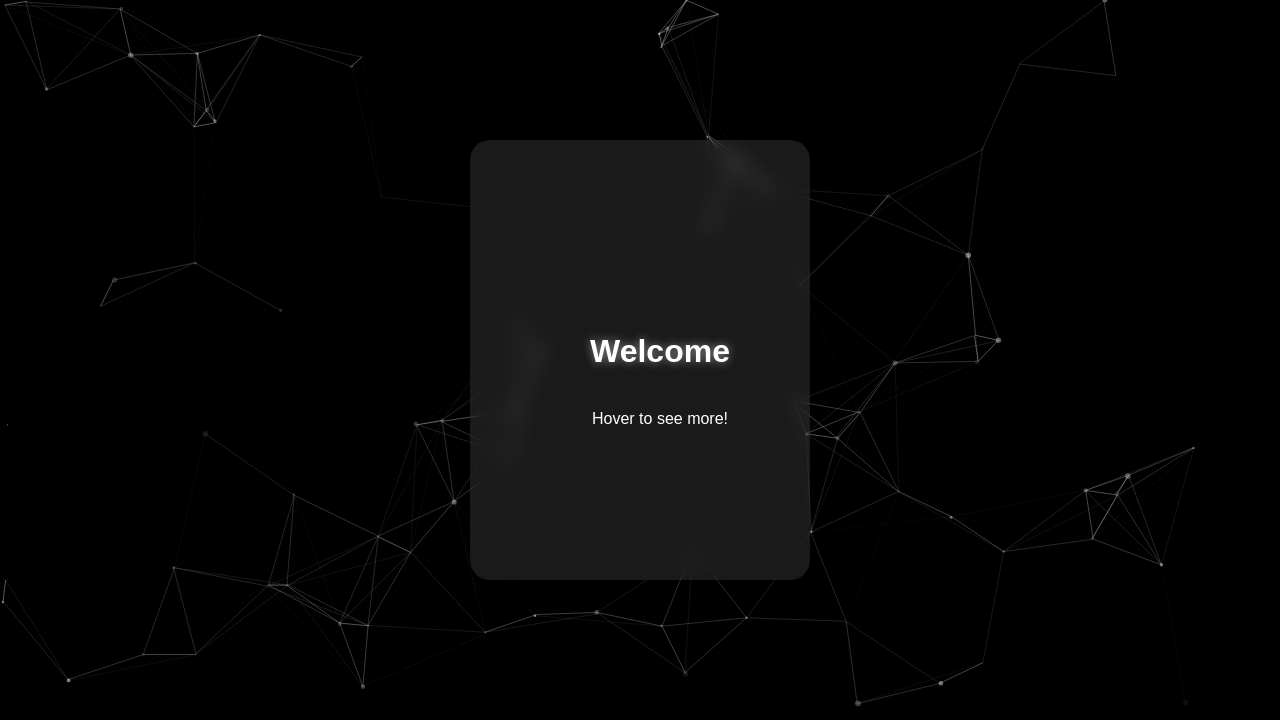
Repository: zjccc123/demo
Page: index4.html
These files come from the project's save history. The page is drawn as it stood at one moment and after the next save; the edit follows.
The browser window is 1280 px wide. The pictures show the whole page.

Above is the page before, as saved 2025-06-14 11:09:46.

### index4.html
<!DOCTYPE html>
<html lang="en">
<head>
    <meta charset="UTF-8">
    <meta name="viewport" content="width=device-width, initial-scale=1.0">
    <title>卡片翻转</title>
    <style>
        body {
            margin: 0;
            overflow: hidden;
            background: #000;
            font-family: Arial, sans-serif;
        }
        #particles-js {
            position: fixed;
            width: 100%;
            height: 100%;
            z-index: 1;
        }
        .content {
            position: relative;
            z-index: 2;
            display: flex;
            justify-content: center;
            align-items: center;
            height: 100vh;
            perspective: 1000px;
        }
        .card {
            width: 300px;
            height: 400px;
            background: rgba(255, 255, 255, 0.1);
            backdrop-filter: blur(10px);
            border-radius: 20px;
            padding: 20px;
            transform-style: preserve-3d;
            transition: transform 0.5s;
            cursor: pointer;
        }
        .card:hover {
            transform: rotateY(180deg);
        }
        .card-front, .card-back {
            position: absolute;
            width: 100%;
            height: 100%;
            backface-visibility: hidden;
            display: flex;
            flex-direction: column;
            justify-content: center;
            align-items: center;
            color: white;
        }
        .card-back {
            transform: rotateY(180deg);
        }
        h1 {
            font-size: 2em;
            margin-bottom: 20px;
            text-shadow: 0 0 10px rgba(255,255,255,0.5);
        }
        p {
            text-align: center;
            line-height: 1.6;
        }
    </style>
</head>
<body>
    <div id="particles-js"></div>
    <div class="content">
        <div class="card">
            <div class="card-front">
                <h1>Welcome</h1>
                <p>Hover to see more!</p>
            </div>
            <div class="card-back">
                <h1>Cool Effect!</h1>
                <p>This is a 3D card with particle background. Try moving your mouse around!</p>
            </div>
        </div>
    </div>
    <script src="https://cdn.jsdelivr.net/particles.js/2.0.0/particles.min.js"></script>
    <script>
        particlesJS('particles-js', {
            particles: {
                number: { value: 80, density: { enable: true, value_area: 800 } },
                color: { value: '#ffffff' },
                shape: { type: 'circle' },
                opacity: { value: 0.5, random: true },
                size: { value: 3, random: true },
                line_linked: {
                    enable: true,
                    distance: 150,
                    color: '#ffffff',
                    opacity: 0.4,
                    width: 1
                },
                move: {
                    enable: true,
                    speed: 6,
                    direction: 'none',
                    random: true,
                    straight: false,
                    out_mode: 'out',
                    bounce: false
                }
            },
            interactivity: {
                detect_on: 'canvas',
                events: {
                    onhover: { enable: true, mode: 'repulse' },
                    onclick: { enable: true, mode: 'push' },
                    resize: true
                }
            },
            retina_detect: true
        });
    </script>
</body>
</html>

After the next save:
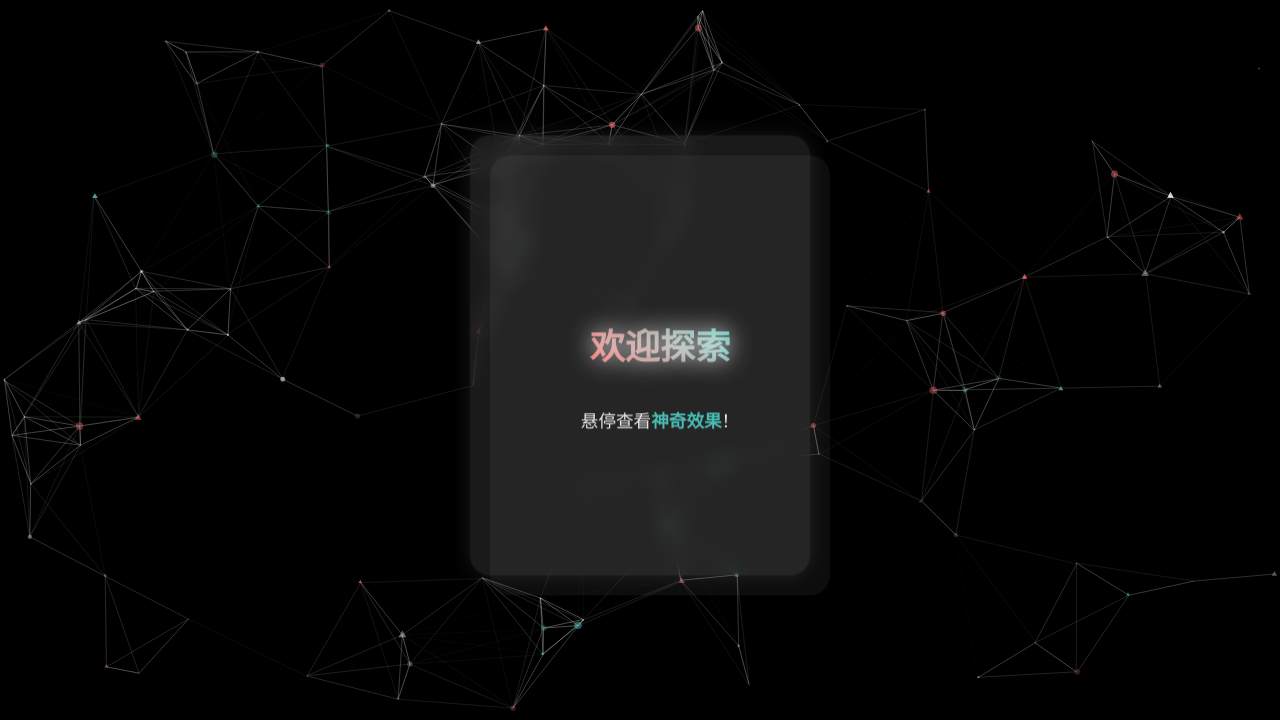
Saved 15 min 31 s later.
--- a/index4.html
+++ b/index4.html
@@ -1,15 +1,15 @@
 <!DOCTYPE html>
-<html lang="en">
+<html lang="zh">
 <head>
     <meta charset="UTF-8">
     <meta name="viewport" content="width=device-width, initial-scale=1.0">
-    <title>卡片翻转</title>
+    <title>炫酷卡片展示</title>
     <style>
         body {
             margin: 0;
             overflow: hidden;
             background: #000;
-            font-family: Arial, sans-serif;
+            font-family: "Microsoft YaHei", sans-serif;
         }
         #particles-js {
             position: fixed;
@@ -34,11 +34,19 @@
             border-radius: 20px;
             padding: 20px;
             transform-style: preserve-3d;
-            transition: transform 0.5s;
+            transition: all 0.6s cubic-bezier(0.4, 0, 0.2, 1);
             cursor: pointer;
+            box-shadow: 0 0 20px rgba(255, 255, 255, 0.1);
+            animation: float 6s ease-in-out infinite;
+        }
+        @keyframes float {
+            0% { transform: translateY(0px); }
+            50% { transform: translateY(-20px); }
+            100% { transform: translateY(0px); }
         }
         .card:hover {
-            transform: rotateY(180deg);
+            transform: rotateY(180deg) scale(1.05);
+            box-shadow: 0 0 30px rgba(255, 255, 255, 0.2);
         }
         .card-front, .card-back {
             position: absolute;
@@ -50,18 +58,41 @@
             justify-content: center;
             align-items: center;
             color: white;
+            padding: 20px;
+            box-sizing: border-box;
+            border-radius: 20px;
+            background: rgba(255, 255, 255, 0.05);
         }
         .card-back {
             transform: rotateY(180deg);
         }
         h1 {
-            font-size: 2em;
+            font-size: 2.2em;
             margin-bottom: 20px;
-            text-shadow: 0 0 10px rgba(255,255,255,0.5);
+            text-shadow: 0 0 15px rgba(255,255,255,0.7);
+            background: linear-gradient(45deg, #ff6b6b, #4ecdc4);
+            -webkit-background-clip: text;
+            -webkit-text-fill-color: transparent;
+            animation: titleGlow 2s ease-in-out infinite;
+        }
+        @keyframes titleGlow {
+            0% { text-shadow: 0 0 15px rgba(255,255,255,0.7); }
+            50% { text-shadow: 0 0 25px rgba(255,255,255,0.9); }
+            100% { text-shadow: 0 0 15px rgba(255,255,255,0.7); }
         }
         p {
             text-align: center;
-            line-height: 1.6;
+            line-height: 1.8;
+            font-size: 1.1em;
+            opacity: 0.9;
+            transition: all 0.3s ease;
+        }
+        .card:hover p {
+            transform: scale(1.05);
+        }
+        .highlight {
+            color: #4ecdc4;
+            font-weight: bold;
         }
     </style>
 </head>
@@ -70,12 +101,12 @@
     <div class="content">
         <div class="card">
             <div class="card-front">
-                <h1>Welcome</h1>
-                <p>Hover to see more!</p>
+                <h1>欢迎探索</h1>
+                <p>悬停查看<span class="highlight">神奇效果</span>！</p>
             </div>
             <div class="card-back">
-                <h1>Cool Effect!</h1>
-                <p>This is a 3D card with particle background. Try moving your mouse around!</p>
+                <h1>炫酷特效</h1>
+                <p>这是一个充满<span class="highlight">科技感</span>的3D卡片<br>背景粒子会随鼠标移动<br>点击还能产生互动效果！</p>
             </div>
         </div>
     </div>
@@ -83,11 +114,23 @@
     <script>
         particlesJS('particles-js', {
             particles: {
-                number: { value: 80, density: { enable: true, value_area: 800 } },
-                color: { value: '#ffffff' },
-                shape: { type: 'circle' },
-                opacity: { value: 0.5, random: true },
-                size: { value: 3, random: true },
+                number: { value: 100, density: { enable: true, value_area: 800 } },
+                color: { value: ['#4ecdc4', '#ff6b6b', '#ffffff'] },
+                shape: {
+                    type: ['circle', 'triangle'],
+                    stroke: { width: 0, color: '#000000' },
+                    polygon: { nb_sides: 5 }
+                },
+                opacity: {
+                    value: 0.6,
+                    random: true,
+                    anim: { enable: true, speed: 1, opacity_min: 0.1, sync: false }
+                },
+                size: {
+                    value: 4,
+                    random: true,
+                    anim: { enable: true, speed: 2, size_min: 0.1, sync: false }
+                },
                 line_linked: {
                     enable: true,
                     distance: 150,
@@ -97,20 +140,33 @@
                 },
                 move: {
                     enable: true,
-                    speed: 6,
+                    speed: 4,
                     direction: 'none',
                     random: true,
                     straight: false,
                     out_mode: 'out',
-                    bounce: false
+                    bounce: false,
+                    attract: { enable: true, rotateX: 600, rotateY: 1200 }
                 }
             },
             interactivity: {
                 detect_on: 'canvas',
                 events: {
-                    onhover: { enable: true, mode: 'repulse' },
-                    onclick: { enable: true, mode: 'push' },
+                    onhover: {
+                        enable: true,
+                        mode: 'repulse',
+                        parallax: { enable: true, force: 60, smooth: 10 }
+                    },
+                    onclick: {
+                        enable: true,
+                        mode: 'push',
+                        particles_nb: 4
+                    },
                     resize: true
+                },
+                modes: {
+                    repulse: { distance: 100, duration: 0.4 },
+                    push: { particles_nb: 4 }
                 }
             },
             retina_detect: true
